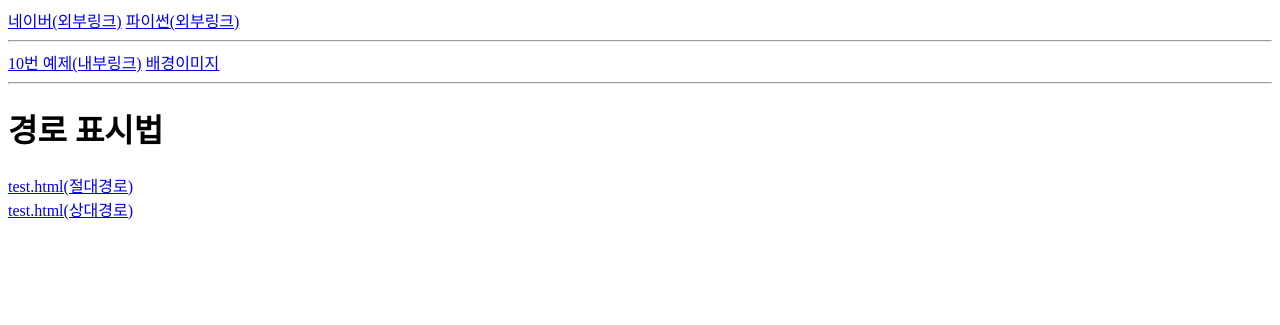
Repository: ssj5037/Class-Study
Page: [5] HTML, CSS, JavaScript/ClientTest/WebContent/Ex11_link.html
An editor plug-in stored every save of this project. The page is shown before and after the next save, followed by the edit.
The browser window is 1280 px wide. The pictures show the whole page.

Above is the page before, as saved 2020-06-19 02:18:03.

After the next save:
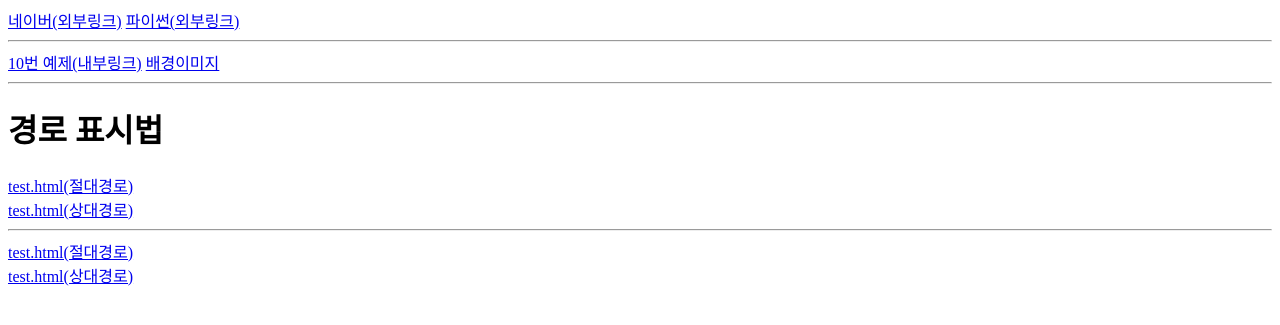
Saved 72 s later.
--- a/[5] HTML, CSS, JavaScript/ClientTest/WebContent/Ex11_link.html
+++ b/[5] HTML, CSS, JavaScript/ClientTest/WebContent/Ex11_link.html
@@ -52,8 +52,13 @@
 
 	 -->
 
-	 <a href="/ClientTest/test.html">test.html(절대경로)</a><br>
-	 <a href="test.html">test.html(상대경로)</a><br>
+	<a href="/ClientTest/test.html">test.html(절대경로)</a><br>
+	<a href="test.html">test.html(상대경로)</a><br>
+
+	<hr>
+
+	<a href="/ClientTest/test/test.html">test.html(절대경로)</a><br>
+	<a href="test.html">test.html(상대경로)</a><br>
 
 
 </body>
